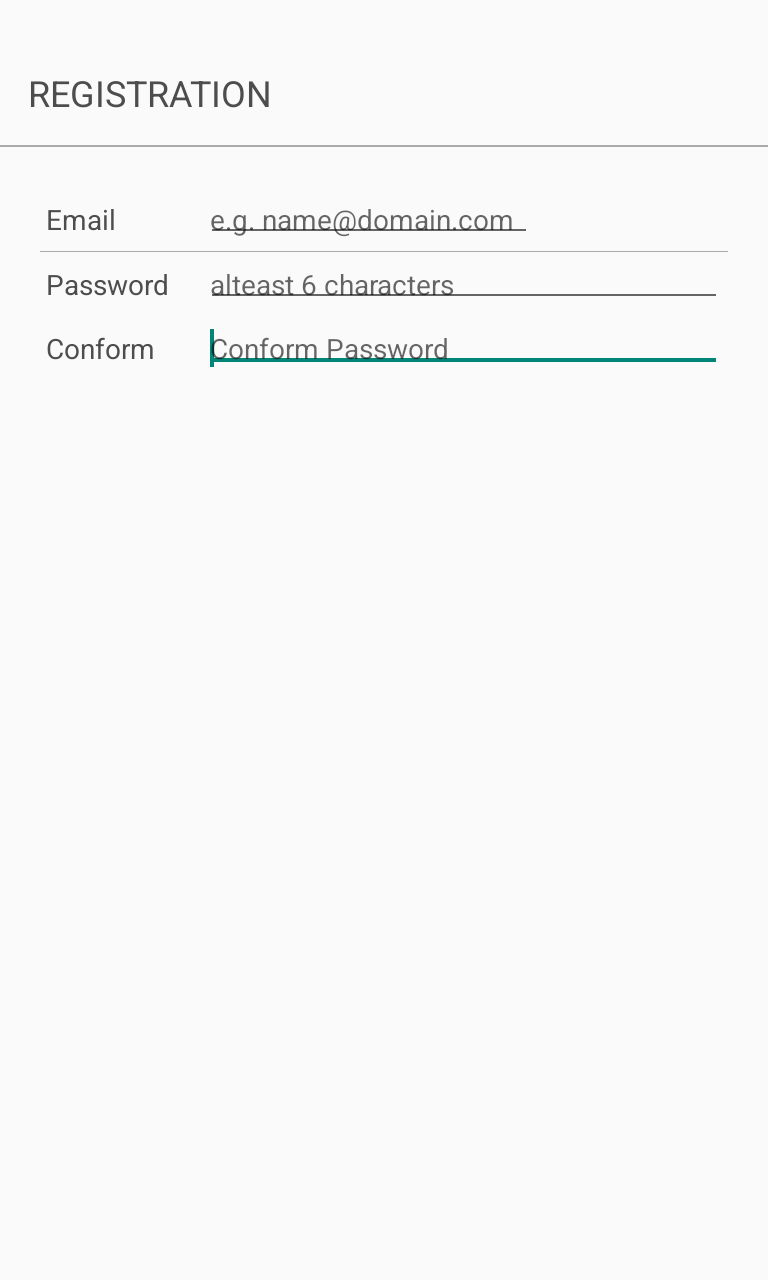
Repository: lMayuraDevani/BrentBrown
Layout: BrentBrown/res/layout/register.xml
These files come from the project's save history. The layout is drawn as it stood at one moment and after the next save; the edit follows.
It is drawn on a 768 x 1280 px phone screen (xhdpi) without system bars, with theme AppTheme; the app's code is not run.

Above is the layout before, as saved 2014-11-12 09:31:33.

After the next save:
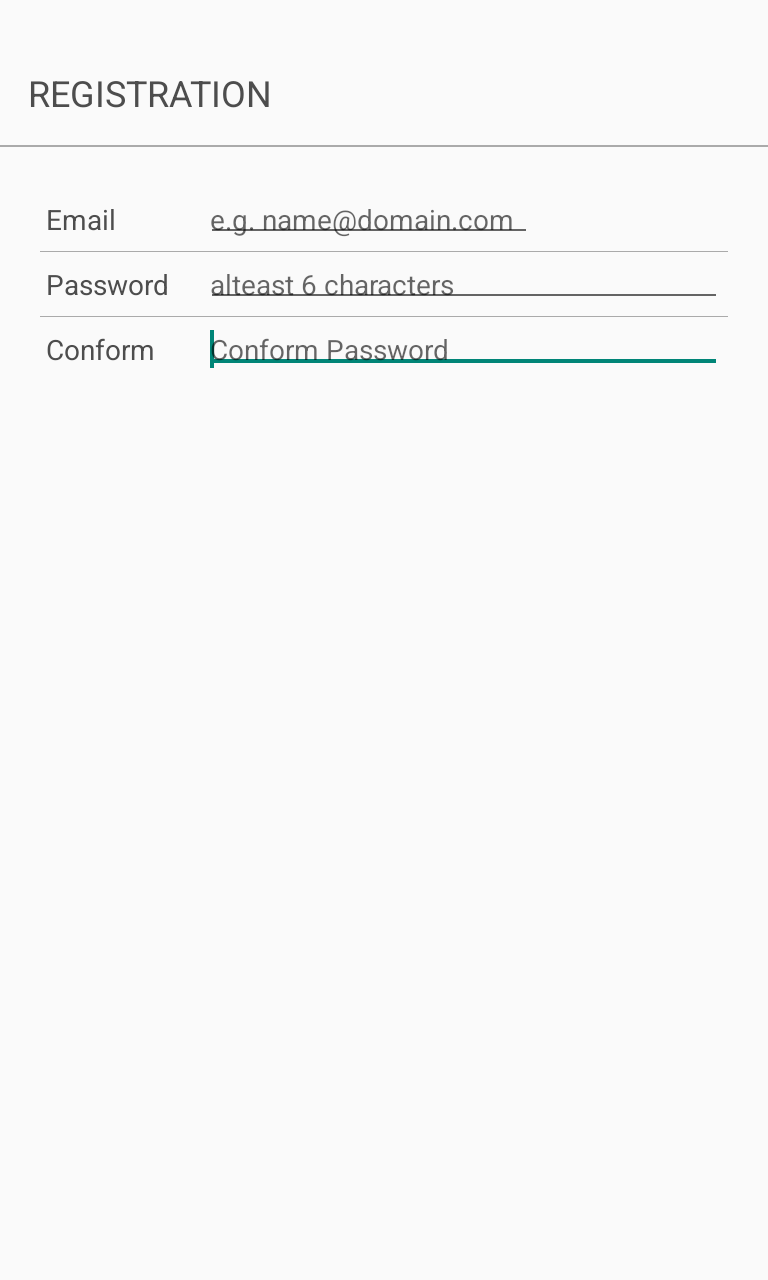
Saved 17 s later.
--- a/BrentBrown/res/layout/register.xml
+++ b/BrentBrown/res/layout/register.xml
@@ -94,6 +94,13 @@
                     <requestFocus />
                 </EditText>
             </LinearLayout>
+
+      <View
+	   android:layout_width="fill_parent"
+	   android:layout_height="0.25dp"
+	   android:padding="1dp"
+	   android:background="@android:color/darker_gray" />
+
             <LinearLayout
                 android:layout_width="fill_parent"
                 android:layout_height="wrap_content"
